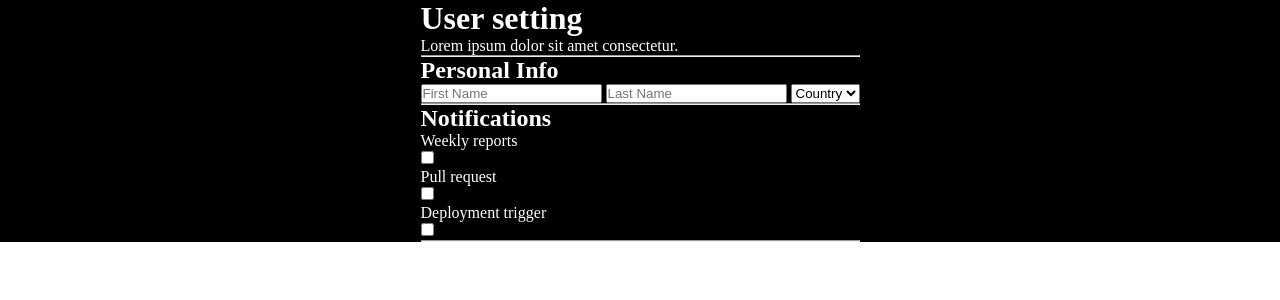
Repository: imokha01/DOM
Page: index.html
The author's editor kept a copy of each file at every save. The page is drawn from the files as they stood at one save, then again after the next save.
The browser window is 1280 px wide. The pictures show the whole page.

Above is the page before, as saved 2023-12-19 17:14:18.

### index.html
<!DOCTYPE html>
<html lang="en">
  <head>
    <meta charset="UTF-8" />
    <meta name="viewport" content="width=device-width, initial-scale=1.0" />
    <title>Document</title>
    <link rel="stylesheet" href="./index.css" />
  </head>
<body>
  <div class="form_container">
    <form action="#">
      <div>
          <h1>User setting</h1>
          <p>Lorem ipsum dolor sit amet consectetur.</p>
      </div>
      <hr>
      <div>
        <h2>Personal Info</h2>
        <input type="text" class="firstName" placeholder="First Name">
        <input type="text" class="lastName" placeholder="Last Name">
        <select>
            <option value="country" disabled hidden selected>Country</option>
            <option value="Nigeria">Nigeria</option>
            <option value="ghana">Ghana</option>
            <option value="algeria">Algeria</option>
        </select>
        <hr>
        <div>
          <h2>Notifications</h2>
          <div class="weeklyReport">
            <p class="week-para">Weekly reports</p>
            <!-- Rounded switch -->
            <label class="switch">
                 <input type="checkbox">
                <span class="slider round"></span>
            </label>
          </div>
          <div class="pullRequest">
            <p class="pull-para">Pull request</p>
            <!-- Rounded switch -->
            <label class="switch">
                 <input type="checkbox">
                <span class="slider round"></span>
            </label>
          </div>
          <div class="deployment">
            <p class="depoly-para">Deployment trigger</p>
            <!-- Rounded switch -->
          <label class="switch">
                 <input type="checkbox">
                <span class="slider round"></span>
            </label>
          </div>
          <hr>



        </div>
      </div>
    </form>


  </div>
    <script src="./index.js"></script>
  </body>
</html>

### index.css
* {
    margin: 0;
    padding: 0;
    box-sizing: border-box;
}

.form_container {
    display: flex;
    justify-content: center;
    align-items: center;
    gap: 2px;
    background-color: black;
    color: while;
}

form {
    color: white;
}








/* * The switch - the box around the slider */
/* .switch {
  position: relative;
  display: inline-block;
  width: 60px;
  height: 34px;
} */

/* Hide default HTML checkbox */
/* .switch input {
  opacity: 0;
  width: 0;
  height: 0;
} */

/* The slider */
/* .slider {
  position: absolute;
  cursor: pointer;
  top: 0;
  left: 0;
  right: 0;
  bottom: 0;
  background-color: #ccc;
  -webkit-transition: .4s;
  transition: .4s;
} */

.slider:before {
  position: absolute;
  content: "";
  height: 26px;
  width: 26px;
  left: 4px;
  bottom: 4px;
  -webkit-transition: .4s;
  transition: .4s;
}

input:checked + .slider {
  background-color: #2196F3;
}

input:focus + .slider {
  box-shadow: 0 0 1px #2196F3;
}

input:checked + .slider:before {
  -webkit-transform: translateX(26px);
  -ms-transform: translateX(26px);
  transform: translateX(26px);
}

/* Rounded sliders */
.slider.round {
  border-radius: 34px;
}

.slider.round:before {
  border-radius: 50%;
} */

### index.js
// const button = document.getElementsByTagName("button")[0]
// console.log(button)

// button.style.backgroundColor = "skyblue"
// button.style.padding = "20px";
// button.style.border = "none";
// button.style.borderRadius = "10px";
// button.style.fontSize  = "1.5em";
// button.style.color = "red";

// const body = document.querySelector("body")
// body.style.backgroundColor = "lightgreen";

const newDiv = document.createElement("div");
const newContent = document.createTextNode("hey, What is up");
newDiv.appendChild(newContent);
console.log(newDiv)

const button = document.createElement("button")

After the next save:
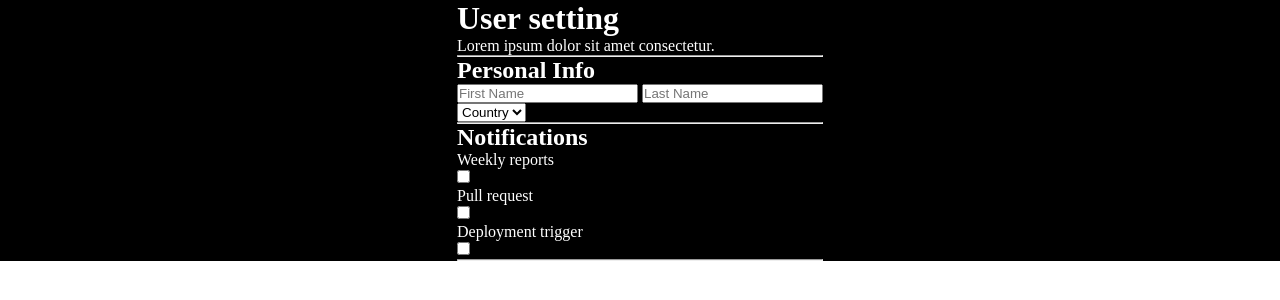
Saved 12 s later.
--- a/index.html
+++ b/index.html
@@ -17,7 +17,7 @@
       <div>
         <h2>Personal Info</h2>
         <input type="text" class="firstName" placeholder="First Name">
-        <input type="text" class="lastName" placeholder="Last Name">
+        <input type="text" class="lastName" placeholder="Last Name"> <br>
         <select>
             <option value="country" disabled hidden selected>Country</option>
             <option value="Nigeria">Nigeria</option>
